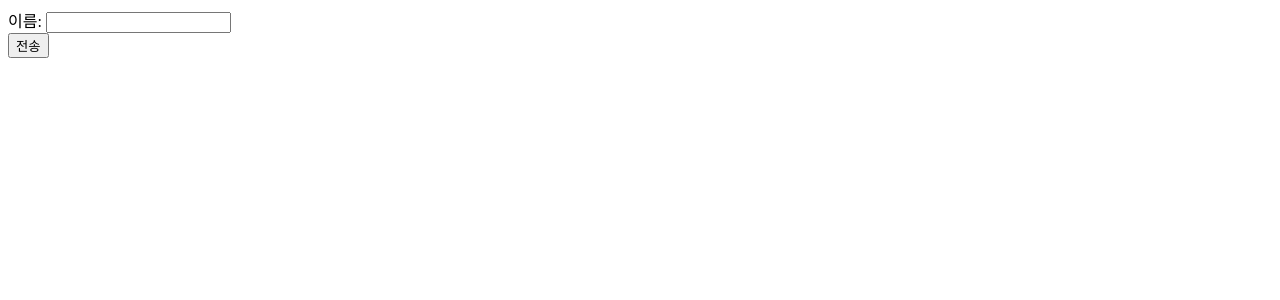
Repository: Gun-stack/jsp
Page: jsp_workspace/jspExam5/src/main/webapp/beanTest.html
These files come from the project's save history. The page is drawn as it stood at one moment and after the next save; the edit follows.
The browser window is 1280 px wide. The pictures show the whole page.

Above is the page before, as saved 2023-09-21 07:39:52.

### jsp_workspace/jspExam5/src/main/webapp/beanTest.html
<!DOCTYPE html>
<html>
<head>
<meta charset="EUC-KR">
<title>Insert title here</title>
</head>
<body>
<form action="beanTest.jsp">
	이름: <input type = "text" name="name"/><br>
	<input type="submit" value="전송"/>
</form>
</body>
</html>

After the next save:
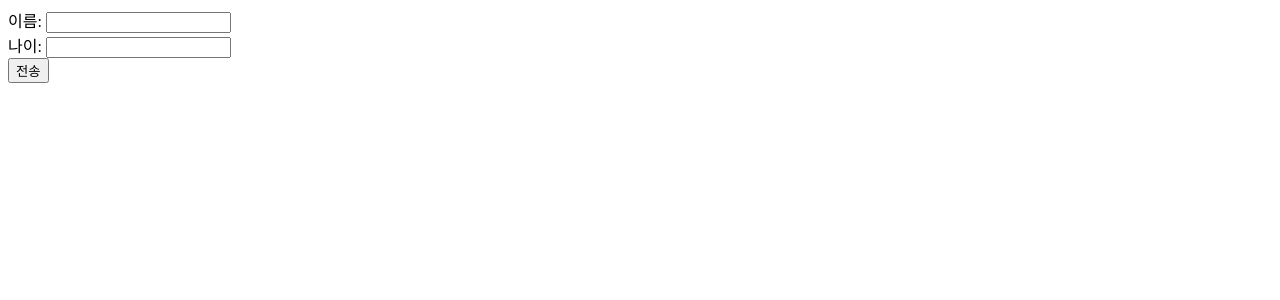
Saved 37 s later.
--- a/jsp_workspace/jspExam5/src/main/webapp/beanTest.html
+++ b/jsp_workspace/jspExam5/src/main/webapp/beanTest.html
@@ -7,6 +7,7 @@
 <body>
 <form action="beanTest.jsp">
 	이름: <input type = "text" name="name"/><br>
+	나이: <input type = "text" name="age"/><br>
 	<input type="submit" value="전송"/>
 </form>
 </body>
